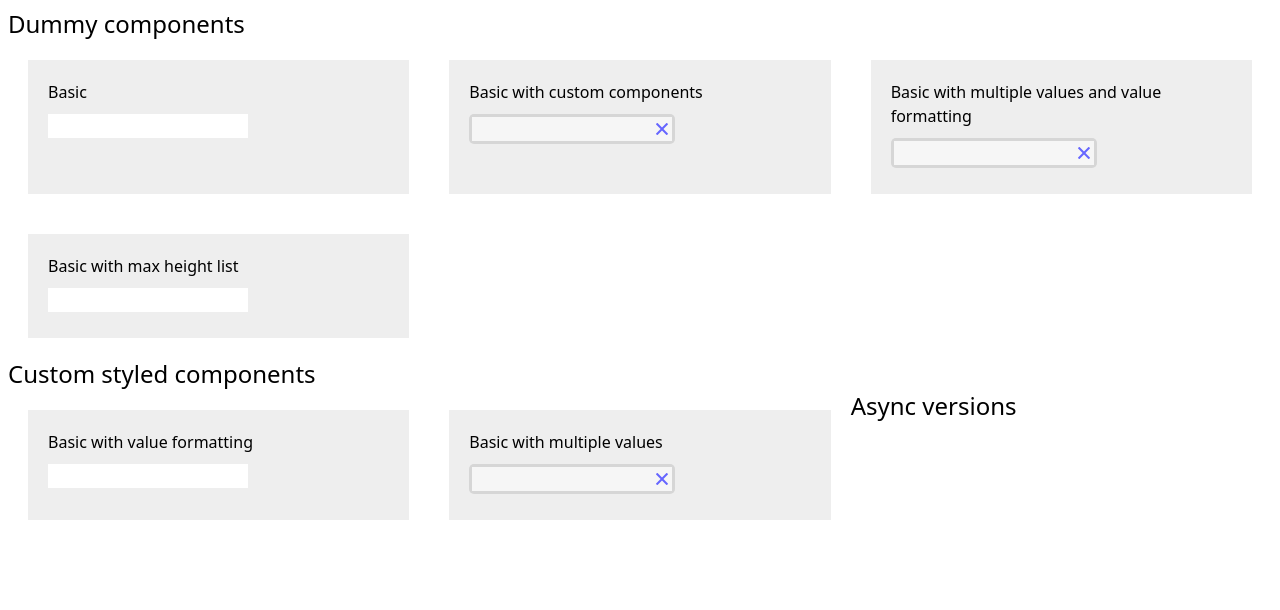
Repository: Frexity/frx-react
Page: / (app in ui/react-select/)
An editor plug-in stored every save of this project. The page is shown before and after the next save, followed by the edit.
The browser window is 1280 px wide. The pictures show the whole page.
Some web libraries are served in a nearby version. The project was rebuilt for these pictures with package versions that can differ from the ones it lists, and the page was loaded fresh each time. Also part of the build but not shown: ui/react-select/vite.config.ts, ui/react-select/src/CustomSelectComponents/ListLoadingIndicator.tsx, ui/react-select/src/dummy-components/ControlLoadingIndicator.tsx, ui/react-select/src/dummy-components/ListLoadingIndicator.tsx.

Above is the page before, as saved 2022-08-21 01:30:22.

After the next save:
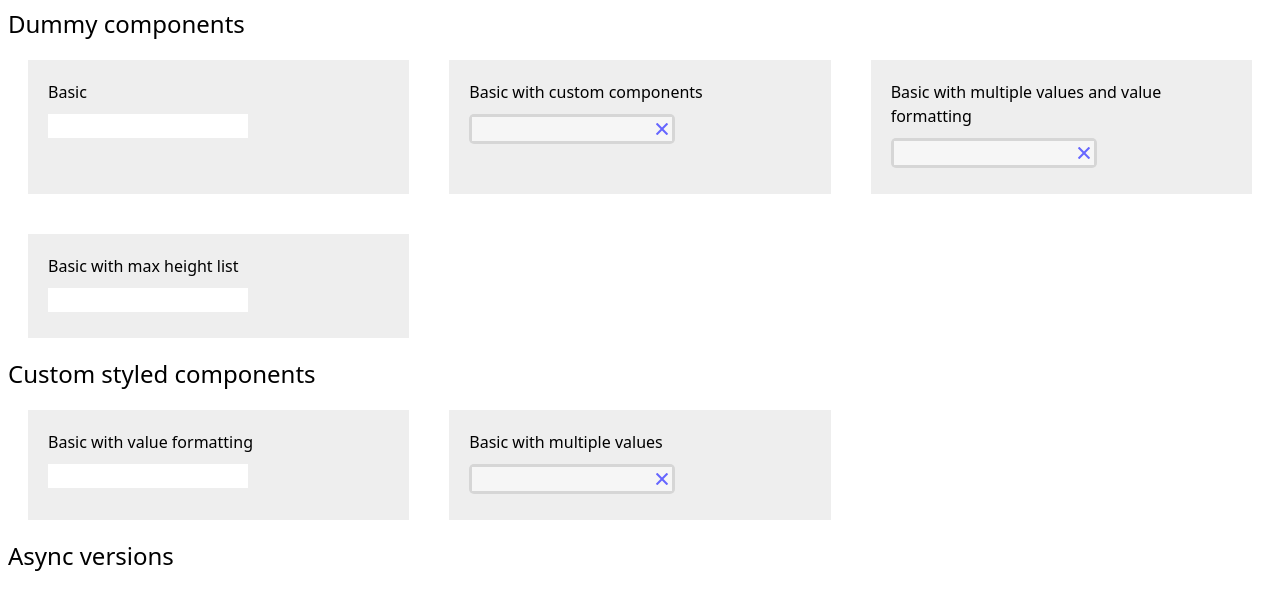
Saved 12 s later.
--- a/ui/react-select/src/App.tsx
+++ b/ui/react-select/src/App.tsx
@@ -86,7 +86,10 @@ export default function App() {
           <h3>Basic with multiple values</h3>
           <Select options={options} components={customComponents} canSelectMultipleValues />
         </div>
-        <h2 className="text-2xl">Async versions</h2>
+      </div>
+
+      <h2 className="text-2xl">Async versions</h2>
+      <div className="cards">
         {/* <div className="card">
         <h3>Async</h3>
         <AsyncSelect
